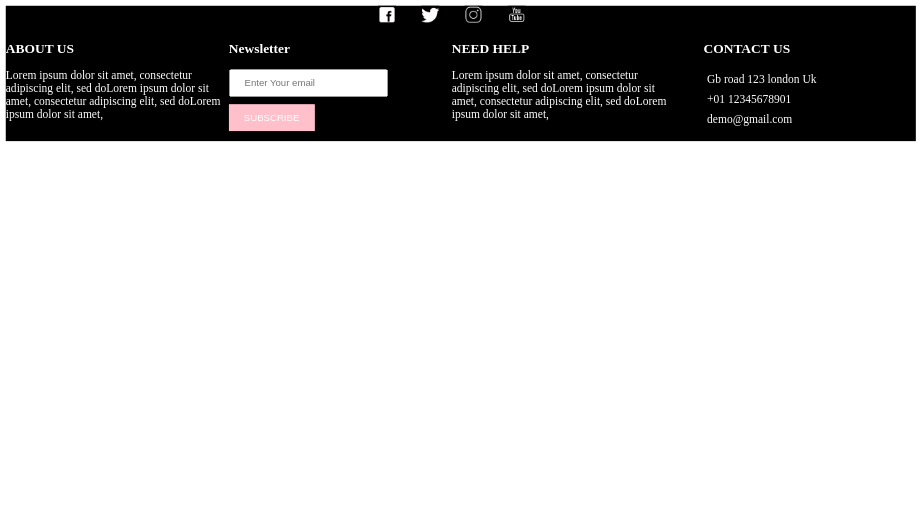
Repository: AVINKUMARP/gifts
Page: demo3.html
The author's editor kept a copy of each file at every save. The page is drawn from the files as they stood at one save, then again after the next save.
The browser window is 1280 px wide. The pictures show the whole page, at 72% of full size.

Above is the page before, as saved 2023-08-24 15:43:07.

After the next save:
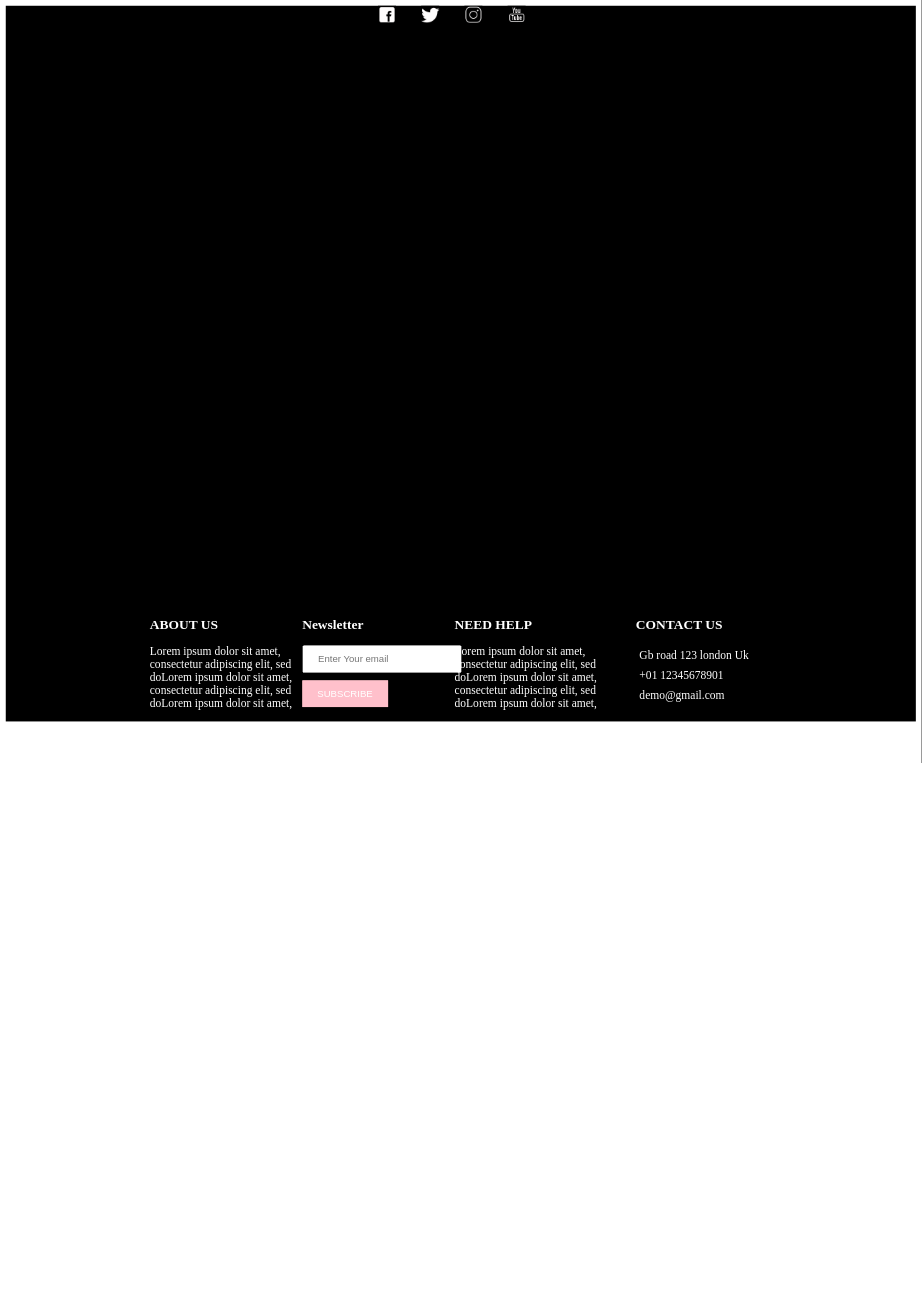
Saved 101 s later.
--- a/demo3.html
+++ b/demo3.html
@@ -52,6 +52,9 @@
         .but1111{
             padding-top: 10px;
         }
+        .list{
+            margin: 50pc 200px;
+        }
     </style>
 </head>
 <body>
